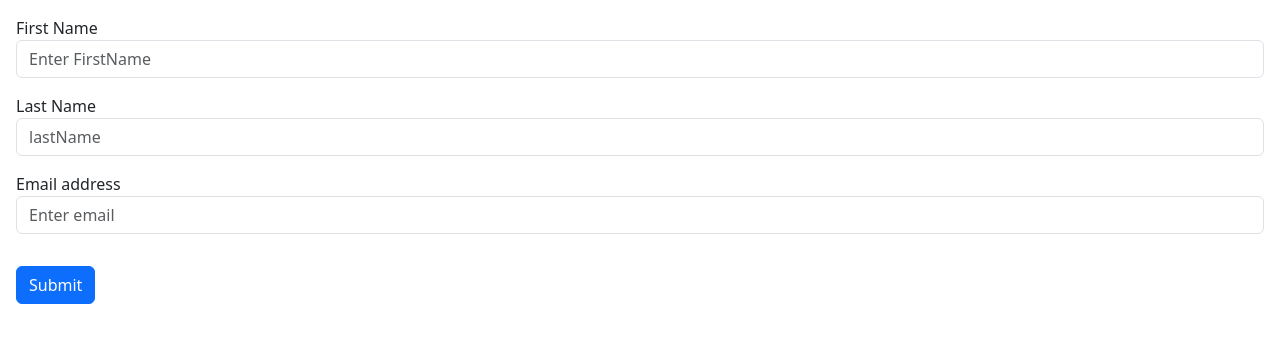
Repository: vedang03/servlet-jsp
Page: http://localhost/11-student-mvc/update-student.jsp
An editor plug-in stored every save of this project. The page is shown before and after the next save, followed by the edit.
The browser window is 1280 px wide. The pictures show the whole page.
The page is served by Tomcat 9.

Above is the page before, as saved 2023-10-17 08:20:32.

After the next save:
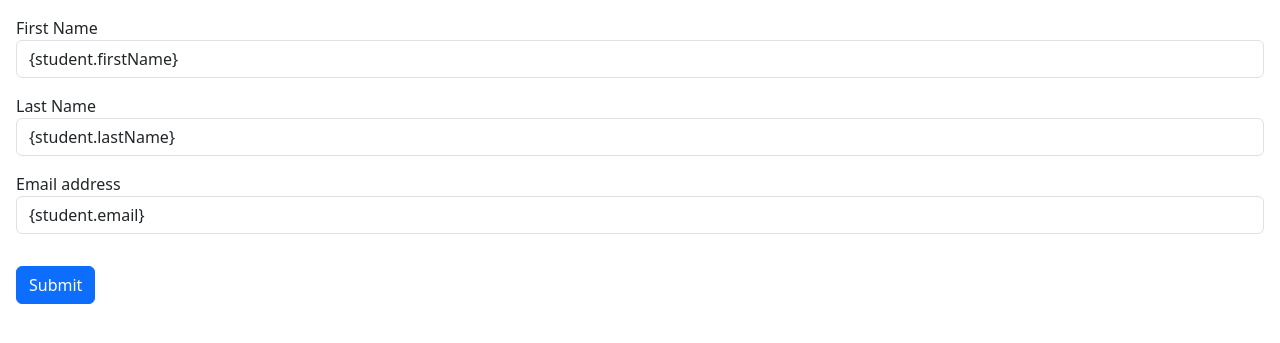
Saved 2 min 14 s later.
--- a/11-student-mvc/WebContent/update-student.jsp
+++ b/11-student-mvc/WebContent/update-student.jsp
@@ -9,17 +9,17 @@
 <body>
 	<form action="StudentServlet">
 		<div class="form-group m-3">
-			<label for="exampleInputEmail1">First Name</label> <input type="text"
+			<label for="exampleInputEmail1">First Name</label> <input value="{student.firstName}" type="text"
 				class="form-control" name="firstName" placeholder="Enter FirstName">
 
 		</div>
 		<div class="col m-3">
-			<label for="exampleInputName">Last Name</label> <input type="text"
+			<label for="exampleInputName">Last Name</label> <input value="{student.lastName}" type="text"
 				class="form-control" name="lastName" placeholder="lastName">
 		</div>
 
 		<div class="form-group m-3">
-			<label for="exampleInputEmail1">Email address</label> <input
+			<label for="exampleInputEmail1">Email address</label> <input value="{student.email}"
 				type="email" class="form-control" name="email"
 				id="exampleInputEmail1" aria-describedby="emailHelp"
 				placeholder="Enter email">
